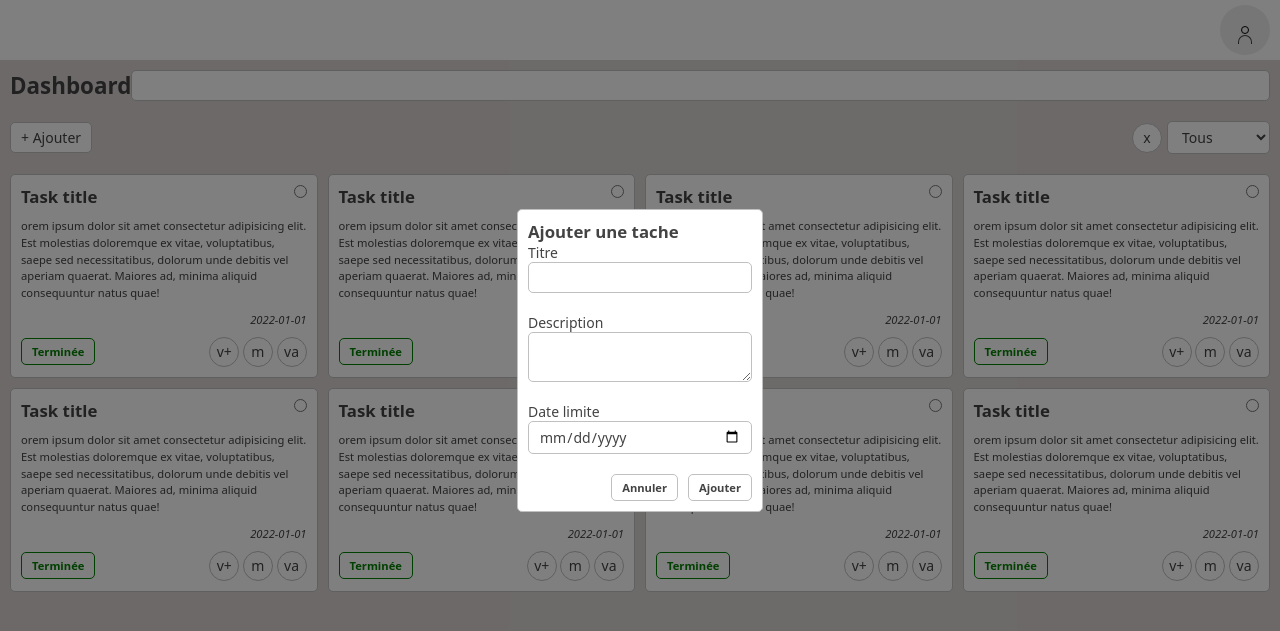
Repository: zpaulange/task_manager
Page: dashboard/index.html
These files come from the project's save history. The page is drawn as it stood at one moment and after the next save; the edit follows.
The browser window is 1280 px wide. The pictures show the whole page.

Above is the page before, as saved 2025-03-06 16:18:22.

### dashboard/index.html
<!DOCTYPE html>
<html lang="en">
<head>
    <meta charset="UTF-8">
    <meta name="viewport" content="width=device-width, initial-scale=1.0">
    <link rel="stylesheet" href="../assets/styles/dashboard/style.css">
    <title>Document</title>
</head>
<body>
  <section class="dashboard">
    <div class="dashboard_right">
      <nav class="dashbaord_nav">
        <a href="#" class="dashbaord_nav_avatar">
          <span></span>
        </a>
      </nav>
      <main class="main">
        <div class="main_header">
          <h1 class="main_header_title">Dashboard</h1>
          <input type="search" name="search" class=" main_header_search">
        </div>
        <div class="main_header_actions">
          <div class="main_header_actions_left">
            <button class="main_header_actions_btn">+ Ajouter</button>
          </div>
          <div class="main_header_actions_right">
            <button class="main_header_actions_right_btnDel rounded-btn del">x</button>
            <select name="filter" class="main_header_actions_right_filter" id="">
              <option value="0">Tous</option>
              <option value="1">En cours</option>
              <option value="2">Annulés</option>
              <option value="3">Terminés</option>
            </select>
          </div>
        </div>
        <section class="main-task">
          <div class="main-task__content">
            <div class="main-task__content-item">
              <div class="main-task__content-item__title">
                Task title
              </div>
              <p class="main-task__content-item__desc">
                orem ipsum dolor sit amet consectetur adipisicing elit. Est molestias doloremque ex vitae, voluptatibus, saepe sed necessitatibus, dolorum unde debitis vel aperiam quaerat. Maiores ad, minima aliquid consequuntur natus quae!
              </p>
              <div class="main-task__content-item__date">
                2022-01-01
              </div>
              <div class="main-task__content-item__actions">
                <span class="main-task__content-item__actions_status completed">
                  Terminée
                </span>
                <div>
                  <button class="rounded-btn see-more">v+</button>
                  <button class="rounded-btn modify">m</button>
                  <button class="rounded-btn validate">va</button>
                </div>
              </div>
              <input type="radio" name="checkTask" class="checkTask" id="checkTask">
            </div>
            <div class="main-task__content-item">
              <div class="main-task__content-item__title">
                Task title
              </div>
              <p class="main-task__content-item__desc">
                orem ipsum dolor sit amet consectetur adipisicing elit. Est molestias doloremque ex vitae, voluptatibus, saepe sed necessitatibus, dolorum unde debitis vel aperiam quaerat. Maiores ad, minima aliquid consequuntur natus quae!
              </p>
              <div class="main-task__content-item__date">
                2022-01-01
              </div>
              <div class="main-task__content-item__actions">
                <span class="main-task__content-item__actions_status completed">
                  Terminée
                </span>
                <div>
                  <button class="rounded-btn see-more">v+</button>
                  <button class="rounded-btn modify">m</button>
                  <button class="rounded-btn validate">va</button>
                </div>
              </div>
              <input type="radio" name="checkTask" class="checkTask" id="checkTask">
            </div>
            <div class="main-task__content-item">
              <div class="main-task__content-item__title">
                Task title
              </div>
              <p class="main-task__content-item__desc">
                orem ipsum dolor sit amet consectetur adipisicing elit. Est molestias doloremque ex vitae, voluptatibus, saepe sed necessitatibus, dolorum unde debitis vel aperiam quaerat. Maiores ad, minima aliquid consequuntur natus quae!
              </p>
              <div class="main-task__content-item__date">
                2022-01-01
              </div>
              <div class="main-task__content-item__actions">
                <span class="main-task__content-item__actions_status completed">
                  Terminée
                </span>
                <div>
                  <button class="rounded-btn see-more">v+</button>
                  <button class="rounded-btn modify">m</button>
                  <button class="rounded-btn validate">va</button>
                </div>
              </div>
              <input type="radio" name="checkTask" class="checkTask" id="checkTask">
            </div>
            <div class="main-task__content-item">
              <div class="main-task__content-item__title">
                Task title
              </div>
              <p class="main-task__content-item__desc">
                orem ipsum dolor sit amet consectetur adipisicing elit. Est molestias doloremque ex vitae, voluptatibus, saepe sed necessitatibus, dolorum unde debitis vel aperiam quaerat. Maiores ad, minima aliquid consequuntur natus quae!
              </p>
              <div class="main-task__content-item__date">
                2022-01-01
              </div>
              <div class="main-task__content-item__actions">
                <span class="main-task__content-item__actions_status completed">
                  Terminée
                </span>
                <div>
                  <button class="rounded-btn see-more">v+</button>
                  <button class="rounded-btn modify">m</button>
                  <button class="rounded-btn validate">va</button>
                </div>
              </div>
              <input type="radio" name="checkTask" class="checkTask" id="checkTask">
            </div>
            <div class="main-task__content-item">
              <div class="main-task__content-item__title">
                Task title
              </div>
              <p class="main-task__content-item__desc">
                orem ipsum dolor sit amet consectetur adipisicing elit. Est molestias doloremque ex vitae, voluptatibus, saepe sed necessitatibus, dolorum unde debitis vel aperiam quaerat. Maiores ad, minima aliquid consequuntur natus quae!
              </p>
              <div class="main-task__content-item__date">
                2022-01-01
              </div>
              <div class="main-task__content-item__actions">
                <span class="main-task__content-item__actions_status completed">
                  Terminée
                </span>
                <div>
                  <button class="rounded-btn see-more">v+</button>
                  <button class="rounded-btn modify">m</button>
                  <button class="rounded-btn validate">va</button>
                </div>
              </div>
              <input type="radio" name="checkTask" class="checkTask" id="checkTask">
            </div>
            <div class="main-task__content-item">
              <div class="main-task__content-item__title">
                Task title
              </div>
              <p class="main-task__content-item__desc">
                orem ipsum dolor sit amet consectetur adipisicing elit. Est molestias doloremque ex vitae, voluptatibus, saepe sed necessitatibus, dolorum unde debitis vel aperiam quaerat. Maiores ad, minima aliquid consequuntur natus quae!
              </p>
              <div class="main-task__content-item__date">
                2022-01-01
              </div>
              <div class="main-task__content-item__actions">
                <span class="main-task__content-item__actions_status completed">
                  Terminée
                </span>
                <div>
                  <button class="rounded-btn see-more">v+</button>
                  <button class="rounded-btn modify">m</button>
                  <button class="rounded-btn validate">va</button>
                </div>
              </div>
              <input type="radio" name="checkTask" class="checkTask" id="checkTask">
            </div>
            <div class="main-task__content-item">
              <div class="main-task__content-item__title">
                Task title
              </div>
              <p class="main-task__content-item__desc">
                orem ipsum dolor sit amet consectetur adipisicing elit. Est molestias doloremque ex vitae, voluptatibus, saepe sed necessitatibus, dolorum unde debitis vel aperiam quaerat. Maiores ad, minima aliquid consequuntur natus quae!
              </p>
              <div class="main-task__content-item__date">
                2022-01-01
              </div>
              <div class="main-task__content-item__actions">
                <span class="main-task__content-item__actions_status completed">
                  Terminée
                </span>
                <div>
                  <button class="rounded-btn see-more">v+</button>
                  <button class="rounded-btn modify">m</button>
                  <button class="rounded-btn validate">va</button>
                </div>
              </div>
              <input type="radio" name="checkTask" class="checkTask" id="checkTask">
            </div>
            <div class="main-task__content-item">
              <div class="main-task__content-item__title">
                Task title
              </div>
              <p class="main-task__content-item__desc">
                orem ipsum dolor sit amet consectetur adipisicing elit. Est molestias doloremque ex vitae, voluptatibus, saepe sed necessitatibus, dolorum unde debitis vel aperiam quaerat. Maiores ad, minima aliquid consequuntur natus quae!
              </p>
              <div class="main-task__content-item__date">
                2022-01-01
              </div>
              <div class="main-task__content-item__actions">
                <span class="main-task__content-item__actions_status completed">
                  Terminée
                </span>
                <div>
                  <button class="rounded-btn see-more">v+</button>
                  <button class="rounded-btn modify">m</button>
                  <button class="rounded-btn validate">va</button>
                </div>
              </div>
              <input type="radio" name="checkTask" class="checkTask" id="checkTask">
            </div>
            <!-- <section class="box box-center">
              <h1>Aucune tache disponible...</h1>
            </section> -->
          </div>

        </section>
        <div class="modal">
          <div class="modal-container">
            <span class="modal_title">Ajouter une tache</span>
            <form action="#" class="form">
              <div class="form_item">
                <label for="taskTitle" class="">Titre</label>
                <input type="text">
              </div>
              <div class="form_item">
                <label for="taskDescription" class="">Description</label>
                <textarea></textarea>
              </div>
              <div class="form_item">
                <label for="taskDate" class="">Date limite</label>
                <input type="date">
              </div>
              <div class="form_item-btn">
                <button>Annuler</button>
                <button type="submit">Ajouter</button>
              </div>
            </form>
          </div>
        </div>
      </main>

    </div>
  </section>

</body>
</html>

### assets/styles/dashboard/style.css
*{
  margin:0;
  padding:0;
  box-sizing: border-box;
  position:relative;
  font-family: system-ui, sans-serif;
  font-size: 14px;
  color:#434343;
}
body{
  overflow-x: hidden;
}
a{
  text-decoration: none;
}
a:active, a:hover{
  color:#434343;
}
img{
  width: 100%;
  height: auto;
}
ul li{
  list-style: none;
}
input[type="search"],
input[type="text"],
input[type="date"], textarea{
  padding:5px 10px;
  border-radius:5px;
  border:1px solid silver;
  display: block;
  width: 100%;
}
input:focus, select:focus, textarea:focus{
  outline: none;
}

.dashboard{
  min-height: 100vh;
  background-color: #dbd4d4;
}

.dashboard_right{
  min-height: 100vh;
}
.dashbaord_nav{
  background-color: #fff;
  padding:5px 10px;
  display: flex;
  align-items:center;
  justify-content: flex-end;
  z-index: 1000;
  position: sticky;
  top:0;
  left:0;
}
.dashbaord_nav_avatar{
  display: flex;
  align-items: center;
  justify-content: center;
  height:50px;
  width: 50px;
  border-radius:50%;
  background-color: #eee;

}
.dashbaord_nav_avatar span{
  display: inline-block;
  height: 8px;
  width: 8px;
  border-radius:50%;
  border:1px solid #000
}
.dashbaord_nav_avatar span:before{
  content:'';
  position: absolute;
  height: 8px;
  width: 12px;
  border:1px solid;
  left:50%;
  transform: translateX(-50%);
  top:8px;
  border-bottom: none;
  border-top-left-radius: 10px;
  border-top-right-radius: 10px;
}

.main{
  padding:10px;
}
.main_header_title{
  font-size: 1.6rem;
}
.box{
  min-height: calc(100vh - 180px);
  background-color: #fff;
  border-radius:5px;
  padding:10px;
  margin-top:20px
}
.box.box-center{
  display: flex;
  align-items:center;
  justify-content: center;
}

.main_header{
  display: flex;
  justify-content: space-between;
  align-items:center;
  margin-bottom:20px;
}
.main_header_actions{
  display: flex;
  justify-content: space-between;
  align-items:center;
}
.main_header_actions_btn{
  padding:5px 10px;
  border-radius:5px;
  border:1px solid silver;
  background-color: #fff;
  cursor: pointer;
  transition: .2s;
}
.main_header_actions_btn:hover{
  background-color:blue;
  color:#fff;
}
.main_header_actions_right{
  display: flex;
  align-items:center;
  gap:5px;
}
.rounded-btn{
  border-radius:50%;
  border:1px solid silver;
  background-color: #fff;
  cursor: pointer;
  transition: .2s;
  cursor:pointer;
  width: 30px;
  height: 30px;
}
.rounded-btn.del:hover{
  background-color:red;
  color:#fff;
}
.rounded-btn.see-more:hover{
  background-color:blue;
  color:#fff;
}
.rounded-btn.modify:hover{
  background-color:rgb(172, 172, 14);
  color:#fff;
}
.rounded-btn.validate:hover{
  background-color:green;
  color:#fff;
}
.main_header_actions_right_filter{
  padding:5px 10px;
  border-radius:5px;
  border:1px solid silver;
  background-color: #fff;
}

.main-task__content{
  margin-top:20px;
  display: grid;
  grid-template-columns: repeat(auto-fill, minmax(300px, 1fr));
  gap:10px
}
.main-task__content-item{
  background-color:#fff;
  padding:10px;
  border-radius:5px;
  border:1px solid silver
}
.main-task__content-item__title{
  font-size: 1.2rem;
  font-weight: 600;
  padding-right:30px;
}
.main-task__content-item__desc{
  font-size: .8rem;
  line-height: 1.2rem;
  margin-top:10px;
  margin-bottom:10px;
}
.main-task__content-item__date{
  font-size: .8rem;
  text-align: right;
  font-style: italic;
}

.main-task__content-item__actions{
  display: flex;
  justify-content: space-between;
  align-items:center;
  margin-top:10px;
}
.main-task__content-item__actions_status, .form_item-btn button{
  padding:5px 10px;
  border-radius:5px;
  background-color: #fff;
  border:1px solid silver;
  font-size: .8rem;
  font-weight: 600;
}
.main-task__content-item__actions_status.canceled{
  color:red;
  border-color:red;
}
.main-task__content-item__actions_status.pending{
  color:blue;
  border-color:blue;
}
.main-task__content-item__actions_status.completed{
  color:green;
  border-color:green;
}
.checkTask{
  position:absolute;
  top:10px;
  right:10px;
}
.modal{
  position: fixed;
  top:0;
  left:0;
  width: 100%;
  height: 100vh;
  background-color: rgba(0, 0, 0, .5);
  display: flex;
  justify-content: center;
  align-items: center;
  z-index: 9999;
}
.modal_title{
  font-size: 1.2rem;
  font-weight: 600;
  margin-bottom:25px;
}
.modal-container{
  background-color: #fff;
  padding:10px;
  border-radius:5px;
  border:1px solid silver;
}

.form_item{
  margin-bottom:20px;
}
.form_item-btn{
  margin-top:10px;
  display: flex;
  justify-content: flex-end;
  gap:10px;

}
.form_item-btn button:hover{
  background-color:blue;
  color:#fff;
  cursor:pointer
}

After the next save:
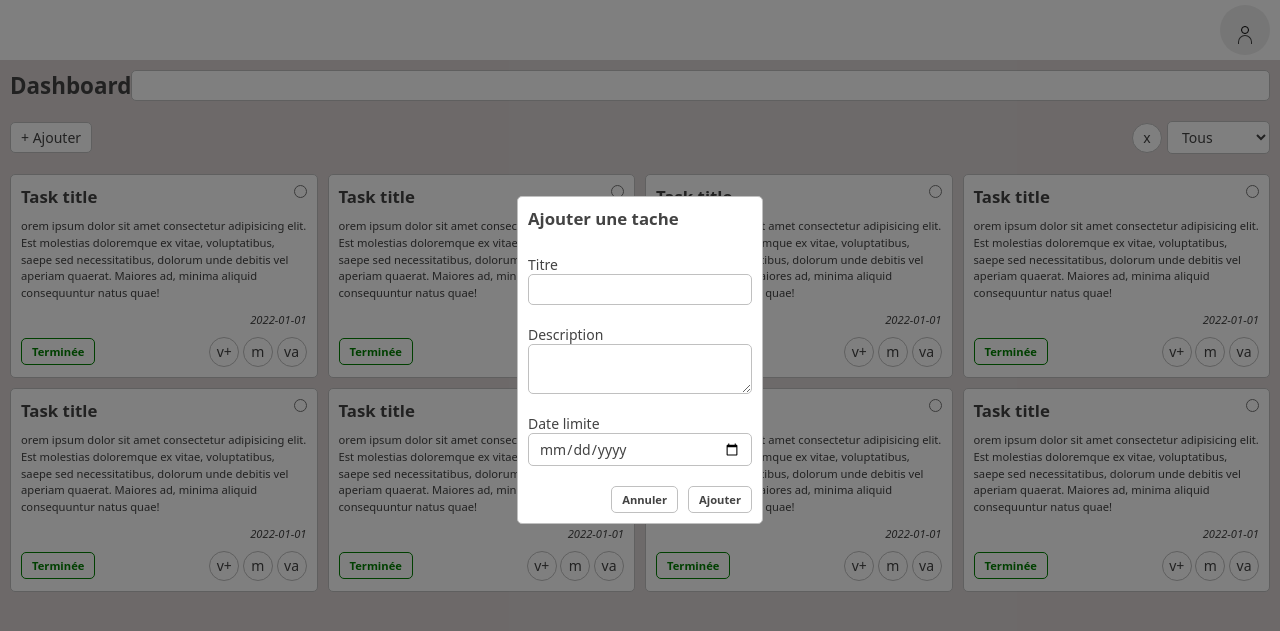
Saved 14 s later.
--- a/dashboard/index.html
+++ b/dashboard/index.html
@@ -219,7 +219,7 @@
         </section>
         <div class="modal">
           <div class="modal-container">
-            <span class="modal_title">Ajouter une tache</span>
+            <h2 class="modal_title">Ajouter une tache</h2>
             <form action="#" class="form">
               <div class="form_item">
                 <label for="taskTitle" class="">Titre</label>
